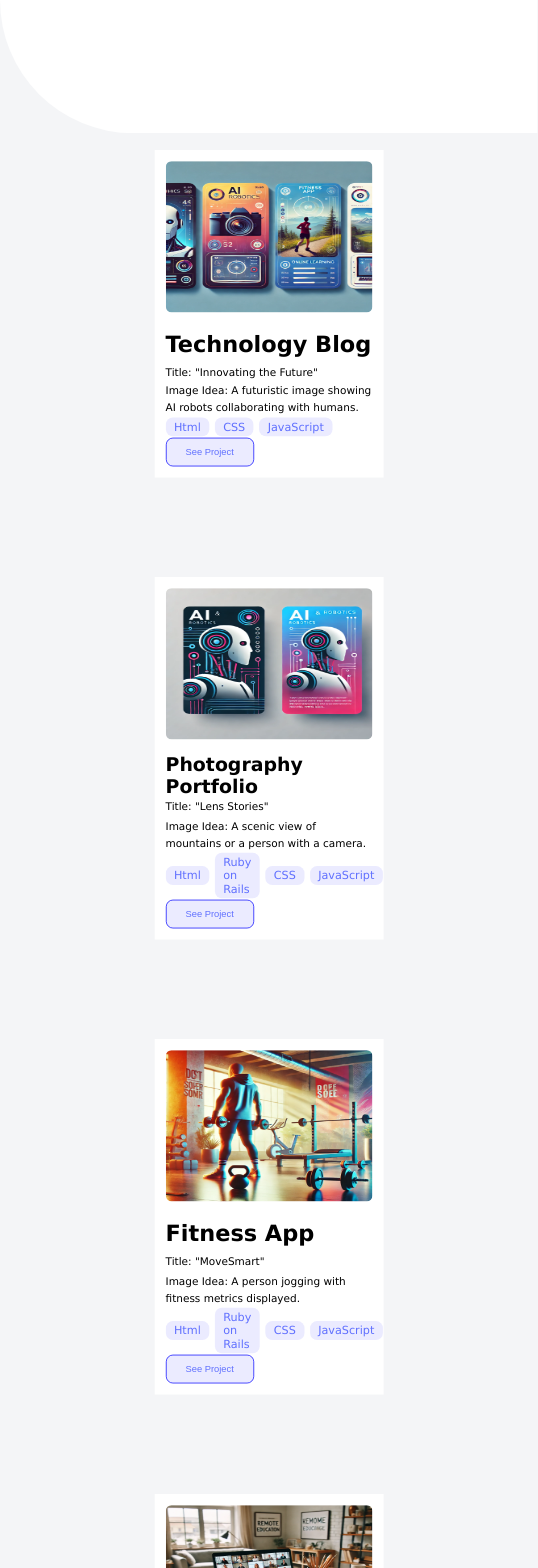
Repository: usman3123/portfolio-template-3
Page: portfolio.html
The author's editor kept a copy of each file at every save. The page is drawn from the files as they stood at one save, then again after the next save.
The browser window is 768 px wide. The pictures show the part of the page from y = 656 to 2896 px (the page is 3320 px tall before and 3032 px after), at 70% of full size.
Some web libraries are served in a nearby version.

Above is the page before, as saved 2025-01-25 14:49:53.

After the next save:
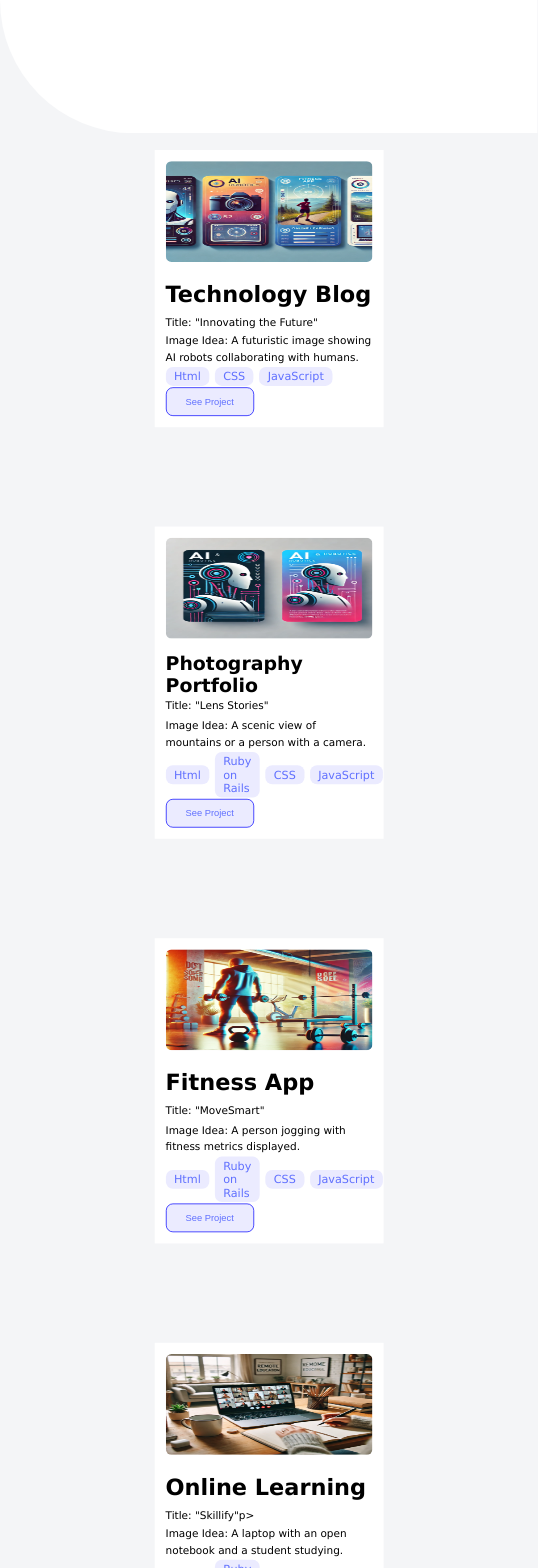
Saved 3 min 7 s later.
--- a/style.css
+++ b/style.css
@@ -226,7 +226,7 @@ body {
     }
     .card-img {
         width: 100%;
-        height: 27vh;
+        height: 18vh;
     }
     .card-content {
         gap: 2px;
